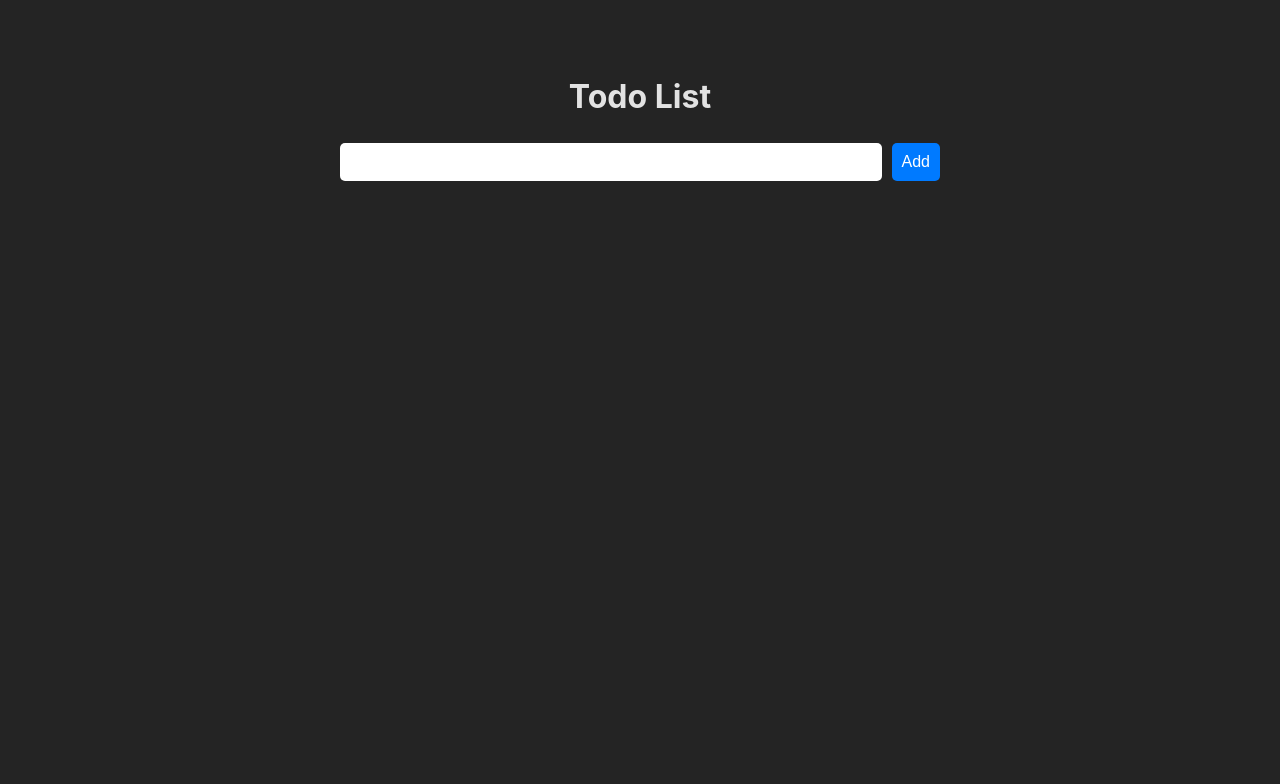
Repository: bianphang/todo-list_vanilla-js
Page: index.html
An editor plug-in stored every save of this project. The page is shown before and after the next save, followed by the edit.
The browser window is 1280 px wide. The pictures show the whole page.

Above is the page before, as saved 2024-06-10 14:43:58.

### index.html
<!DOCTYPE html>
<html lang="en">
  <head>
    <meta charset="UTF-8" />
    <meta name="viewport" content="width=device-width, initial-scale=1.0" />
    <title>Todo List</title>
    <link rel="stylesheet" href="styles.css" />
  </head>
  <body>
    <div class="container">
      <h1 class="title">Todo List</h1>
      <form class="form" id="addForm">
        <input class="input" id="addInput" type="text" />
        <button class="btn">Add</button>
      </form>
      <ul class="todo-list" id="todoList"></ul>
    </div>
    <script src="script.js"></script>
  </body>
</html>

### styles.css
body {
  font-family: Inter, system-ui, Avenir, Helvetica, Arial, sans-serif;
  line-height: 1.5;
  font-weight: 400;

  color-scheme: light dark;
  color: rgba(255, 255, 255, 0.87);
  background-color: #242424;
  max-width: 1280px;
  min-height: 100vh;
  margin: 0 auto;
  padding: 2rem;
  text-align: center;
}

.container {
  max-width: 600px;
  padding: 20px;
  position: relative;
  top: 0;
  left: 50%;
  transform: translate(-50%, 0);
}

.title {
  text-align: center;
}

.todo-list {
  min-height: 200px;
  list-style: none;
  padding: 0;
  margin-top: 50px;
}

.todo-item {
  display: flex;
  justify-content: space-between;
  align-items: center;

  max-width: 100%;
  padding: 10px;
  margin-bottom: 10px;
  font-size: 16px;
  border-radius: 10px;
  border: 2px solid gray;
  background-color: #f5f5f5;
}

.todo-item .todo-label {
  flex: 1;
  font-size: 20px;
  text-align: left;
  color: black;
}

.todo-item .todo-action {
  display: flex;
  gap: 10px;
}

.form {
  width: 100%;
  display: flex;
  align-items: center;
  gap: 10px;
}

.input {
  flex: 1;
  padding: 10px;
  font-size: 16px;
  border-radius: 5px;
  border: none;
}

.btn {
  padding: 10px;
  font-size: 16px;
  color: #fff;
  background-color: #007aff;
  border-radius: 5px;
  border: none;
  cursor: pointer;
}

.btn:hover {
  opacity: 0.7;
}

.btn.btn-edit {
  background-color: #baa800;
}

.btn.btn-delete {
  background-color: #dc3545;
}

.btn.btn-done {
  background-color: #28a745;
}

.todo-item.done {
  background-color: #565656;
}

.todo-item.done .todo-label {
  text-decoration: line-through;
  color: white;
}

.todo-item.done .btn-done {
  background-color: #baa800;
}

Loaded but not shown: script.js (no stored copy; drawn as an empty file)

After the next save:
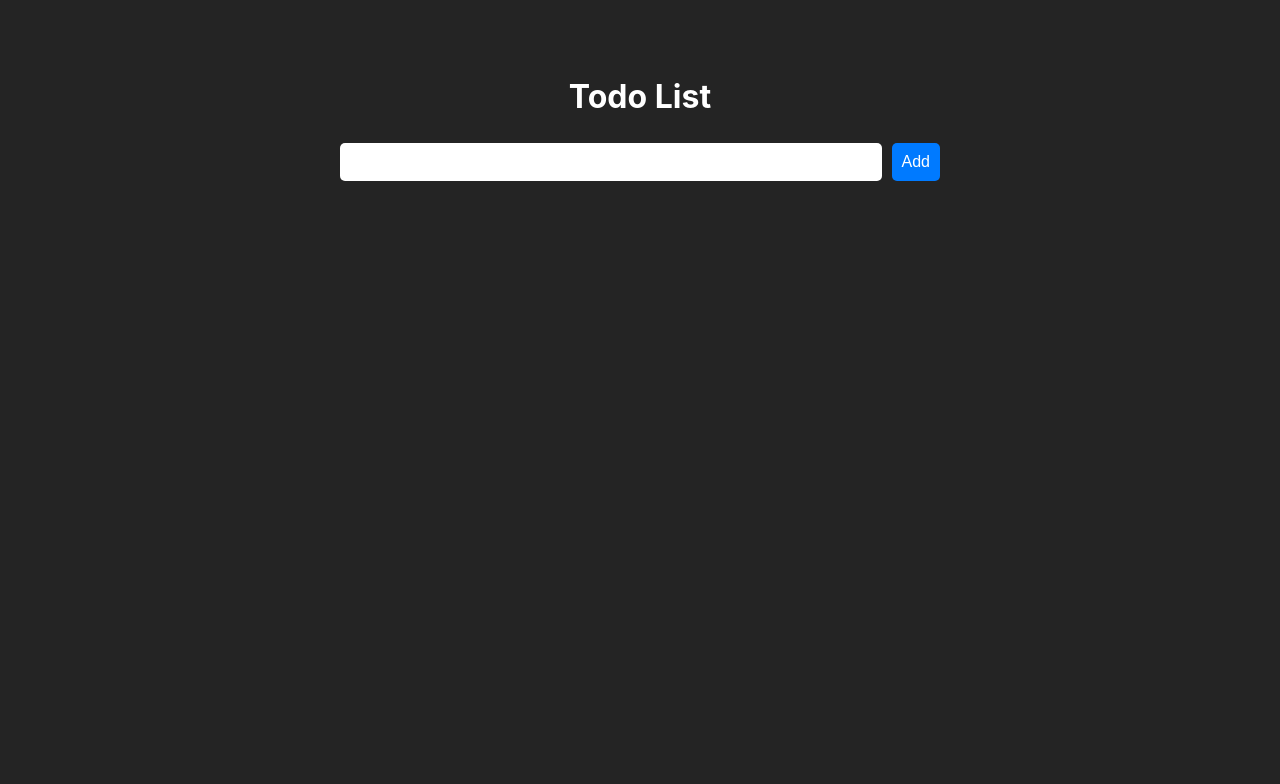
Saved 4 min 36 s later.
--- a/styles.css
+++ b/styles.css
@@ -4,7 +4,7 @@ body {
   font-weight: 400;
 
   color-scheme: light dark;
-  color: rgba(255, 255, 255, 0.87);
+  color: #fff;
   background-color: #242424;
   max-width: 1280px;
   min-height: 100vh;
